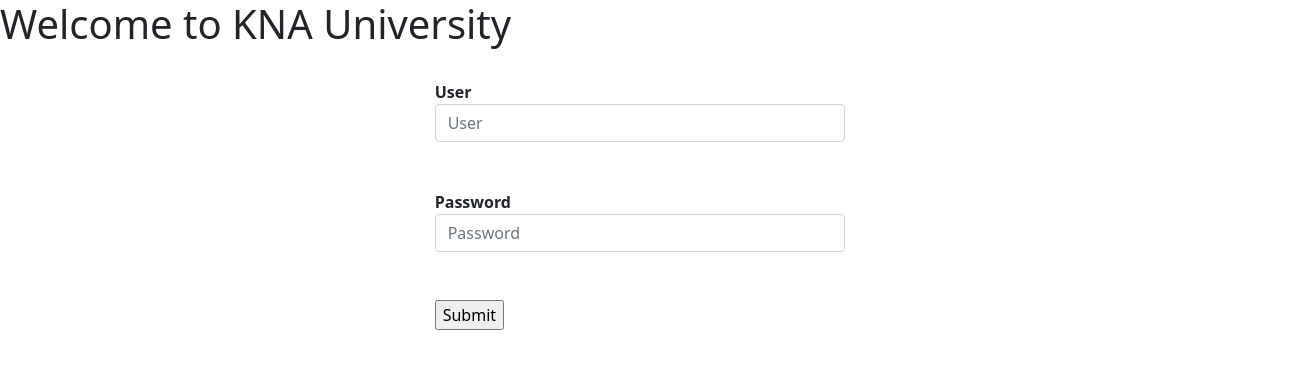
Repository: kavine24/CS490-Python-LMS
Page: html/index.html
The author's editor kept a copy of each file at every save. The page is drawn from the files as they stood at one save, then again after the next save.
The browser window is 1280 px wide. The page is 1292 px wide, so the pictures cover 1292 px, including what lies to the right of the window. The pictures show the whole page.

Above is the page before, as saved 2022-04-03 18:11:09.

### html/index.html
<!DOCTYPE html>
<html>
  <head>
    <title>CS 490 Testing Center</title>
    <!--<link rel="stylesheet" href="style.css">-->

    <link href="https://cdn.jsdelivr.net/npm/bootstrap@5.1.3/dist/css/bootstrap.min.css" rel="stylesheet" integrity="sha384-1BmE4kWBq78iYhFldvKuhfTAU6auU8tT94WrHftjDbrCEXSU1oBoqyl2QvZ6jIW3" crossorigin="anonymous">
  </head>
  <body>
    <h1 id="indexLog">Welcome to KNA University</h1><br>
    <div class="row align-items-center justify-content-center">
      <div class="col-4 align-self-center" id="divForm">
        <form id="myForm" onsubmit="submitLogin()">

          <div class="form-group" >
            <strong>User</strong><br>
            <input  class="form-control" type="text" id="user" name="user" placeholder="User" required><br>
          </div>
          <br>

          <div class="form-group" >
            <strong>Password</strong><br>
            <input class="form-control" type="password" id="pass" name="pass" placeholder="Password" required><br>
          </div>
          <br>

          <input id="submit" type="submit" placeholder="Submit" class="submit"></input>

        </form>
      </div>
    </div>

    <script>

      const form = document.getElementById("myForm");
      function handleForm(event) { event.preventDefault(); }
      form.addEventListener('submit', handleForm);

      let attemptMade = false;

      function submitLogin(){

        var user = document.getElementById('user').value;
        var pass = document.getElementById('pass').value;
        var requestType = 'LoginRequestFTM';

        const data = {user, pass, requestType};

        const options = {
          method:'POST',
          headers: {
              "Content-type": "application/json; charset=UTF-8"
          },
          body: JSON.stringify(data)
        };

        fetch('http://cs490testcenter.ddns.net:50000/portal/frontBrowser.php', options)
        .then(response =>  response.json())
        .then(data => {
          if (data.loginType === "0") {
            location.assign('http://cs490testcenter.ddns.net:50000/portal/s/Home.php');
          } else if (data.loginType === "1") {
            location.assign('http://cs490testcenter.ddns.net:50000/portal/t/Home.php');
          } else {
            if (!attemptMade) {
              const newContent = document.createTextNode("BAD LOGIN CREDENTIALS");

              const curr = document.getElementById("submit");
              document.getElementById("myForm").insertBefore(newContent, curr);
              document.getElementById("myForm").insertBefore(document.createElement("br"), curr);
              attemptMade = true;
            }
          }
        })
        .catch((error) => {
          console.error('Error:', error);
        });

      };

    </script>
  </body>
</html>

After the next save:
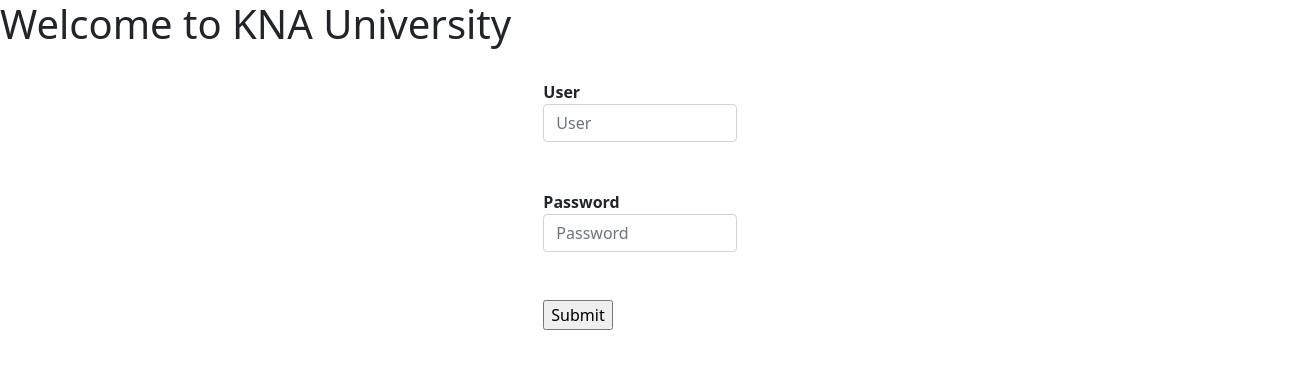
Saved 25 s later.
--- a/html/index.html
+++ b/html/index.html
@@ -9,7 +9,7 @@
   <body>
     <h1 id="indexLog">Welcome to KNA University</h1><br>
     <div class="row align-items-center justify-content-center">
-      <div class="col-4 align-self-center" id="divForm">
+      <div class="col-2 align-self-center" id="divForm">
         <form id="myForm" onsubmit="submitLogin()">
 
           <div class="form-group" >
